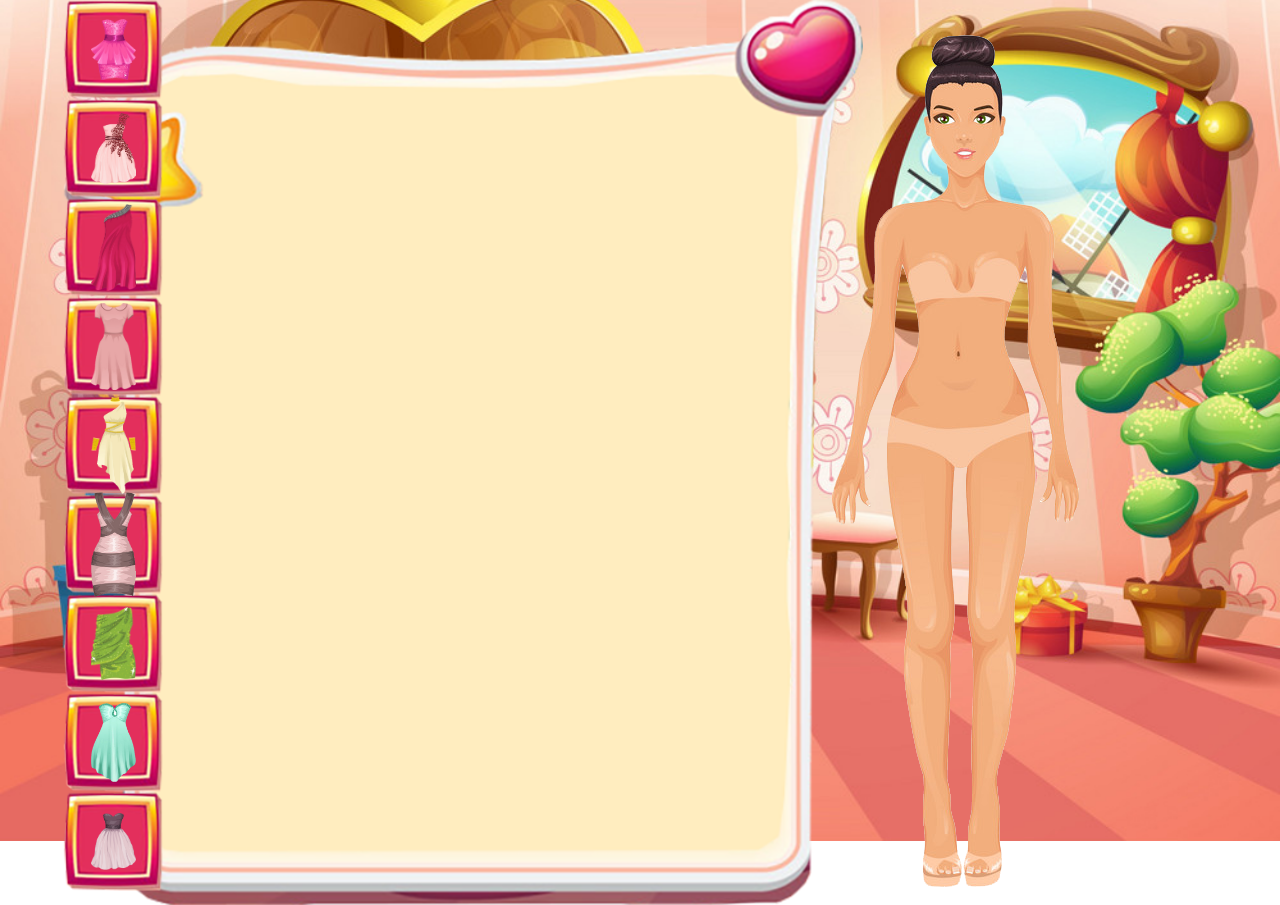
Repository: bunbubam/GameThayDoReactjs_NguyenKhacNghia
Page: /
The author's editor kept a copy of each file at every save. The page is drawn from the files as they stood at one save, then again after the next save.
The browser window is 1280 px wide. The pictures show the whole page.
The project was rebuilt for these pictures with package versions that can differ from the ones it lists, and the page was loaded fresh each time.

Above is the page before, as saved 2022-03-30 15:54:51.

### public/index.html
<!doctype html>
<html lang="en">
  <head>
    <title>GameThaydo</title>
    <!-- Required meta tags -->
    <meta charset="utf-8">
    <meta name="viewport" content="width=device-width, initial-scale=1, shrink-to-fit=no">

    <!-- Bootstrap CSS -->
    <link rel="stylesheet" href="https://stackpath.bootstrapcdn.com/bootstrap/4.3.1/css/bootstrap.min.css" integrity="sha384-ggOyR0iXCbMQv3Xipma34MD+dH/1fQ784/j6cY/iJTQUOhcWr7x9JvoRxT2MZw1T" crossorigin="anonymous">
  </head>
  <body>
    <div id="root"></div>
    <!-- Optional JavaScript -->
    <!-- jQuery first, then Popper.js, then Bootstrap JS -->
    <script src="https://code.jquery.com/jquery-3.3.1.slim.min.js" integrity="sha384-q8i/X+965DzO0rT7abK41JStQIAqVgRVzpbzo5smXKp4YfRvH+8abtTE1Pi6jizo" crossorigin="anonymous"></script>
    <script src="https://cdnjs.cloudflare.com/ajax/libs/popper.js/1.14.7/umd/popper.min.js" integrity="sha384-UO2eT0CpHqdSJQ6hJty5KVphtPhzWj9WO1clHTMGa3JDZwrnQq4sF86dIHNDz0W1" crossorigin="anonymous"></script>
    <script src="https://stackpath.bootstrapcdn.com/bootstrap/4.3.1/js/bootstrap.min.js" integrity="sha384-JjSmVgyd0p3pXB1rRibZUAYoIIy6OrQ6VrjIEaFf/nJGzIxFDsf4x0xIM+B07jRM" crossorigin="anonymous"></script>
  </body>
</html>

### src/App.js
import logo from './logo.svg';
import './App.css';
import Dress from './gamethaydo/dress';

function App() {
  return (
    <Dress></Dress>
  );
}

export default App;

### src/App.css
body {
    background: url(gamethaydo/images/dress-room.jpg) no-repeat;
    background-position: 50% 53%;
    background-size: cover;
}
.dress-main .row {height: 100vh;}
.girl img {
    position: absolute;
    bottom: 2%;
    left: 30%;
}
.clothing-box {
    background: url(gamethaydo/images/box.png) no-repeat;
    background-position: 50% 50%;
    background-size: cover;
    width: 800px;
    height: 905px;
}
.clothing-item {
    background: url(gamethaydo/images/menu.png) no-repeat;
    width: 100px;
    height: 99px;
}
.clothing-item img {width: 45%;}

### src/gamethaydo/dress.js
import React, {Component} from 'react';
import Girl from './images/girl.png';
import Clothing1 from './images/trangphuc1.png';
import Clothing2 from './images/trangphuc2.png';
import Clothing3 from './images/trangphuc3.png';
import Clothing4 from './images/trangphuc4.png';
import Clothing5 from './images/trangphuc5.png';
import Clothing6 from './images/trangphuc6.png';
import Clothing7 from './images/trangphuc7.png';
import Clothing8 from './images/trangphuc8.png';
import Clothing9 from './images/trangphuc9.png';
import Clothing10 from './images/trangphuc10.png';

class Dress extends Component {
    state = {
        girl : Girl,
        clothing : Girl

    }
changeClothing = (imgs) => {
        return(
            this.setState({
                clothing : imgs
            })
        )
    }
    render() {
        return(
            <div className='container-fluid'>
                <div className='dress-main'>
                    <div className='row'>
                        <div className='col-12 col-xl-6 block-left'>
                            <div className='clothing-box position-relative ml-md-5'>
                                <div className='clothing-item d-flex flex-direction-row justify-content-center align-items-center'>
                                    <img onClick={()=>this.changeClothing(Clothing1)} src={require('./images/trangphuc1.png')} className='img-fluid'/>
                                </div>
                                <div className='clothing-item d-flex flex-direction-row justify-content-center align-items-center'>
                                    <img onClick={()=>this.changeClothing(Clothing2)} src={require('./images/trangphuc2.png')} className='img-fluid'/>
                                </div>
                                <div className='clothing-item d-flex flex-direction-row justify-content-center align-items-center'>
                                    <img onClick={()=>this.changeClothing(Clothing3)} src={require('./images/trangphuc3.png')} className='img-fluid'/>
                                </div>
                                <div className='clothing-item d-flex flex-direction-row justify-content-center align-items-center'>
                                    <img onClick={()=>this.changeClothing(Clothing4)} src={require('./images/trangphuc4.png')} className='img-fluid'/>
                                </div>
                                <div className='clothing-item d-flex flex-direction-row justify-content-center align-items-center'>
                                    <img onClick={()=>this.changeClothing(Clothing10)} src={require('./images/trangphuc10.png')} className='img-fluid'/>
                                </div>
                                <div className='clothing-item d-flex flex-direction-row justify-content-center align-items-center'>
                                    <img onClick={()=>this.changeClothing(Clothing6)} src={require('./images/trangphuc6.png')} className='img-fluid'/>
                                </div>
                                <div className='clothing-item d-flex flex-direction-row justify-content-center align-items-center'>
                                    <img onClick={()=>this.changeClothing(Clothing7)} src={require('./images/trangphuc7.png')} className='img-fluid'/>
                                </div>
                                <div className='clothing-item d-flex flex-direction-row justify-content-center align-items-center'>
                                    <img onClick={()=>this.changeClothing(Clothing8)} src={require('./images/trangphuc8.png')} className='img-fluid'/>
                                </div>
                                <div className='clothing-item d-flex flex-direction-row justify-content-center align-items-center'>
                                    <img onClick={()=>this.changeClothing(Clothing9)} src={require('./images/trangphuc9.png')} className='img-fluid'/>
                                </div>
                            </div>
                        </div>
                        <div className='col-12 col-xl-6 block-right position-relative'>
                            <div className='girl'>
                                <img src={this.state.girl} className='img-fluid'/>
                                <img src={this.state.clothing} className='img-fluid'/>
                            </div>
                        </div>
                    </div>
                </div>
            </div>
        )
    };
}
export default Dress;

Loaded but not shown: src/index.js (common file); src/index.css (common file); src/reportWebVitals.js (common file)

After the next save:
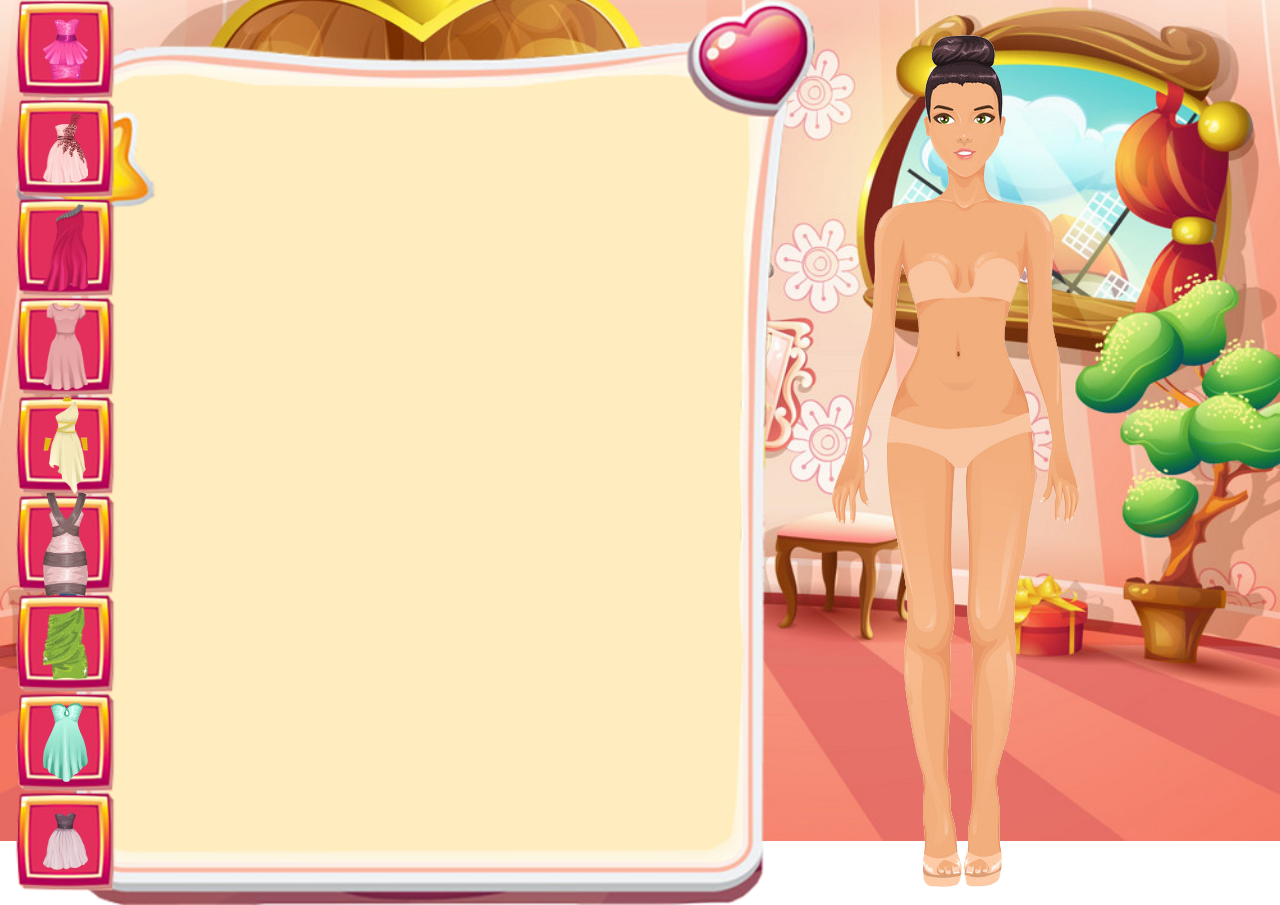
Saved 102 s later.
--- a/src/gamethaydo/dress.js
+++ b/src/gamethaydo/dress.js
@@ -30,7 +30,7 @@ changeClothing = (imgs) => {
                 <div className='dress-main'>
                     <div className='row'>
                         <div className='col-12 col-xl-6 block-left'>
-                            <div className='clothing-box position-relative ml-md-5'>
+                            <div className='clothing-box position-relative'>
                                 <div className='clothing-item d-flex flex-direction-row justify-content-center align-items-center'>
                                     <img onClick={()=>this.changeClothing(Clothing1)} src={require('./images/trangphuc1.png')} className='img-fluid'/>
                                 </div>
